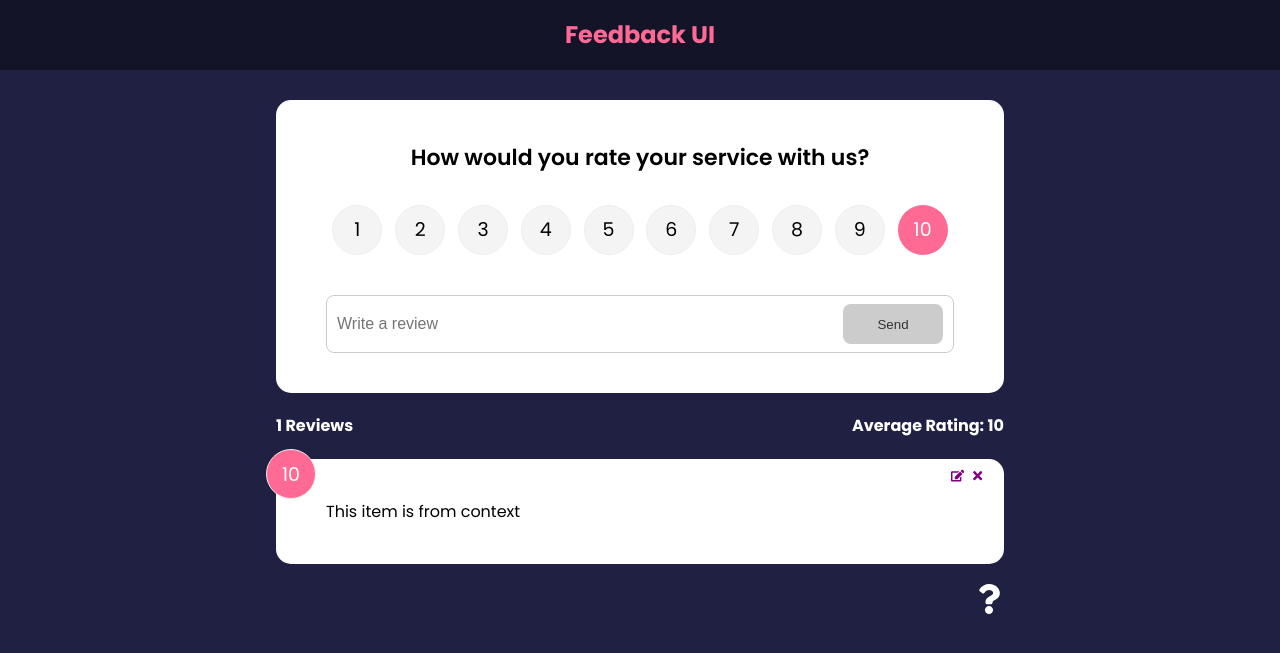
Repository: minhtien9/Feedback_App
Page: /
An editor plug-in stored every save of this project. The page is shown before and after the next save, followed by the edit.
The browser window is 1280 px wide. The pictures show the whole page.
The project was rebuilt for these pictures with package versions that can differ from the ones it lists, and the page was loaded fresh each time. Also part of the build but not shown: src/pages/AboutPage.jsx.

Above is the page before, as saved 2022-02-19 14:18:25.

### src/index.css
@import url('https://fonts.googleapis.com/css2?family=Poppins:wght@400;600;700&display=swap');

* {
    box-sizing: border-box;
    margin: 0;
    padding: 0;
}

body {
    font-family: 'Poppins', sans-serif;
    background-color: #202142;
    color: #fff;
    line-height: 1.6;
}

ul {
    list-style: none;
}

.container {
    max-width: 768px;
    margin: auto;
    padding: 0 20px;
}

header {
    height: 70px;
    width: 100%;
    display: flex;
    justify-content: space-between;
    align-items: center;
    margin-bottom: 30px;
}

.card {
    background-color: #fff;
    color: #333;
    border-radius: 15px;
    padding: 40px 50px;
    margin: 20px 0;
    position: relative;
}

.card.reverse {
    background-color: rgba(0, 0, 0, 0.4);
    color: #fff;
}

.card h2 {
    font-size: 22px;
    font-weight: 600;
    text-align: center;
}

.rating {
    display: flex;
    align-items: center;
    justify-content: space-around;
    margin: 30px 0 40px;
}

.rating li,
.num-display {
    position: relative;
    background: #f4f4f4;
    width: 50px;
    height: 50px;
    padding: 10px;
    text-align: center;
    border-radius: 50%;
    font-size: 19px;
    border: 1px #eee solid;
    transition: 0.3s;
}

.rating li label {
    position: absolute;
    top: 50%;
    left: 50%;
    width: 50px;
    height: 50px;
    padding: 10px;
    border-radius: 50%;
    transform: translate(-50%, -50%);
    cursor: pointer;
}

.rating li:hover,
.num-display {
    background: #ff6a95;
    color: #fff;
}

[type='radio'] {
    opacity: 0;
}

[type='radio']:checked ~ label {
    background: #ff6a95;
    color: #fff;
}

.input-group {
    display: flex;
    flex-direction: row;
    border: 1px solid #ccc;
    padding: 8px 10px;
    border-radius: 8px;
}

input {
    flex-grow: 2;
    border: none;
    font-size: 16px;
}

input:focus {
    outline: none;
}

.feedback-stats {
    color: #fff;
    display: flex;
    justify-content: space-between;
    align-items: center;
}

.num-display {
    position: absolute;
    top: -10px;
    left: -10px;
}

.close,
.edit {
    position: absolute;
    top: 10px;
    right: 20px;
    cursor: pointer;
    background: none;
    border: none;
}

.edit {
    right: 40px;
}

.btn {
    color: #fff;
    border: 0;
    border-radius: 8px;
    color: #fff;
    width: 100px;
    height: 40px;
    cursor: pointer;
}

.btn-primary {
    background-color: #202142;
}

.btn-secondary {
    background: #ff6a95;
}

.btn:hover {
    transform: scale(0.98);
    opacity: 0.9;
}

.btn:disabled {
    background-color: #cccccc;
    color: #333;
    cursor: auto;
}

.btn:disabled:hover {
    transform: scale(1);
    opacity: 1;
}

.message {
    padding-top: 10px;
    text-align: center;
    color: rebeccapurple;
}

/* FIX: Remove position: absolute to keep about icon at the bottom of the
 * document */
.about-link {
    display: flex;
    justify-content: flex-end;
}

/* FIX: Remove position: absolute to keep about icon at the bottom of the
 * document */
.about-link a {
    color: #fff;
    cursor: pointer;
}

.about-link a:hover {
    color: #ff6a95;
}

.about h1 {
    margin-bottom: 20px;
}

.about p {
    margin: 10px 0;
}

@media (max-width: 600px) {
    .rating li {
        margin: 10px 3px;
    }

    .rating {
        display: flex;
        align-items: center;
        justify-content: center;
        flex-wrap: wrap;
        margin: 30px 0 40px;
    }

    .input-group input {
        width: 80%;
    }
}

### src/App.js
import { BrowserRouter as Router, Route, Routes } from 'react-router-dom'
import AboutIcon from './components/AboutIcon'
import FeedbackForm from './components/FeedbackForm'
import FeedbackList from './components/FeedbackList'
import FeedbackStats from './components/FeedbackStats'
import Header from './components/Header'
import { FeedbackProvider } from './context/FeedbackContext'
import AboutPage from './pages/AboutPage'

function App() {
    return (
        <FeedbackProvider>
            <Router>
                <Header />
                <div className='container'>
                    <Routes>
                        <Route
                            exact
                            path='/'
                            element={
                                <>
                                    <FeedbackForm />
                                    <FeedbackStats />
                                    <FeedbackList />
                                </>
                            }
                        ></Route>

                        <Route path='/about' element={<AboutPage />}></Route>
                    </Routes>
                    <AboutIcon />
                </div>
            </Router>
        </FeedbackProvider>
    )
}

export default App

### src/components/AboutIcon.jsx
import { FaQuestion } from 'react-icons/fa'
import { Link } from 'react-router-dom'
AboutIcon.propTypes = {}

function AboutIcon() {
    return (
        <div className='about-link'>
            <Link to='/about'>
                <FaQuestion size={30} />
            </Link>
        </div>
    )
}

export default AboutIcon

### src/components/FeedbackForm.jsx
import { useContext, useEffect, useState } from 'react'
import Button from './UI/Button'
import Card from './UI/Card'
import RatingSelect from './RatingSelect'
import FeedbackContext from '../context/FeedbackContext'

FeedbackForm.propTypes = {}

function FeedbackForm() {
    const { addFeedback, feedbackEdit } = useContext(FeedbackContext)
    const [text, setText] = useState('')
    const [btnDisabled, setBtnDisabled] = useState(true)
    const [message, setMessage] = useState('')
    const [rating, setRating] = useState(10)

    useEffect(() => {
        if (feedbackEdit.edit === true) {
            setBtnDisabled(false)
            setText(feedbackEdit.item.text)
            setRating(feedbackEdit.item.rating)
        }
    }, [feedbackEdit])

    const handleTextChange = (e) => {
        if (text === '') {
            setBtnDisabled(true)
            setMessage(null)
        } else if (text !== '' && text.trim().length <= 10) {
            setMessage('Text must be at least 10 characters')
            setBtnDisabled(true)
        } else {
            setBtnDisabled(false)
            setMessage(null)
        }
        setText(e.target.value)
    }

    const handleSubmit = (e) => {
        e.preventDefault()
        if (text.trim().length > 10) {
            const newFeedback = { text, rating }

            addFeedback(newFeedback)
            setText('')
        }
    }
    return (
        <Card>
            <form onSubmit={handleSubmit}>
                <h2>How would you rate your service with us?</h2>

                <RatingSelect select={(rating) => setRating(rating)} />
                <div className='input-group'>
                    <input
                        onChange={handleTextChange}
                        type='text'
                        placeholder='Write a review'
                        value={text}
                    />
                    <Button type='submit' isDisabled={btnDisabled}>
                        Send
                    </Button>
                </div>
                {message && <div className='message'>{message}</div>}
            </form>
        </Card>
    )
}

export default FeedbackForm

### src/components/FeedbackList.jsx
import { AnimatePresence, motion } from 'framer-motion'
import PropTypes from 'prop-types'
import { useContext } from 'react'
import FeedbackContext from '../context/FeedbackContext'
import FeedbackItem from './FeedbackItem'

function FeedbackList({ handeDelete }) {
    const { feedback } = useContext(FeedbackContext)
    if (!feedback || feedback.length === 0) return <p>No Feedback Yet</p>
    return (
        <div className='feedback-list'>
            <AnimatePresence>
                {feedback.map((item) => (
                    <motion.div
                        key={item.id}
                        initial={{ opacity: 0 }}
                        animate={{ opacity: 1 }}
                        exit={{ opacity: 0 }}
                    >
                        <FeedbackItem
                            key={item.id}
                            item={item}
                            handeDelete={handeDelete}
                        />
                    </motion.div>
                ))}
            </AnimatePresence>
        </div>
    )
}

export default FeedbackList

### src/components/FeedbackStats.jsx
import React, { useContext } from 'react'
import FeedbackContext from '../context/FeedbackContext'

function FeedbackStats() {
    const { feedback } = useContext(FeedbackContext)
    let average =
        feedback.reduce((acc, cur) => {
            return acc + cur.rating
        }, 0) / feedback.length

    average = average.toFixed(1).replace(/[.,]0$/, '')
    return (
        <div className='feedback-stats'>
            <h4>{feedback.length} Reviews</h4>
            <h4>Average Rating: {isNaN(average) ? 0 : average}</h4>
        </div>
    )
}

export default FeedbackStats

### src/components/Header.jsx
import React from 'react'
import PropTypes from 'prop-types'

Header.propTypes = {
    text: PropTypes.string,
    bgColor: PropTypes.string,
    textColor: PropTypes.string,
}

Header.defaultProps = {
    text: 'Feedback UI',
    bgColor: 'rgba(0,0,0,0.4)',
    textColor: '#ff6a95',
}

function Header({ text, bgColor, textColor }) {
    const headerStyles = { background: bgColor, color: textColor }
    return (
        <header style={headerStyles}>
            <div className='container'>
                <h2>{text}</h2>
            </div>
        </header>
    )
}

export default Header

### src/context/FeedbackContext.js
import { v4 as uuidv4 } from 'uuid'
import { createContext, useState } from 'react'

const FeedbackContext = createContext()

export const FeedbackProvider = ({ children }) => {
    const [feedback, setFeedback] = useState([
        {
            id: 1,
            text: 'This item is from context',
            rating: 10,
        },
    ])

    const [feedbackEdit, setFeedbackEdit] = useState({
        item: {},
        edit: false,
    })

    const deleteFeedback = (id) => {
        if (window.confirm('Are you sure you want to delete?')) {
            setFeedback(feedback.filter((item) => item.id !== id))
        }
    }

    const addFeedback = (newFeedback) => {
        newFeedback.id = uuidv4()
        setFeedback([newFeedback, ...feedback])
    }

    const editFeedback = (item) => {
        setFeedback({ item, edit: true })
    }

    return (
        <FeedbackContext.Provider
            value={{
                feedback,
                deleteFeedback,
                addFeedback,
                editFeedback,
                feedbackEdit,
            }}
        >
            {children}
        </FeedbackContext.Provider>
    )
}

export default FeedbackContext

### src/components/UI/Button.jsx
import React from 'react'
import PropTypes from 'prop-types'

Button.propTypes = {
    children: PropTypes.node.isRequired,
    version: PropTypes.string,
    type: PropTypes.string,
    isDisabled: PropTypes.bool,
}

Button.defaultProps = {
    version: 'primary',
    type: 'button',
    isDisabled: false,
}

function Button({ children, version, type, isDisabled }) {
    return (
        <button
            type={type}
            disabled={isDisabled}
            className={`btn btn-${version}`}
        >
            {children}
        </button>
    )
}

export default Button

### src/components/UI/Card.jsx
import React from 'react'
import PropTypes from 'prop-types'

Card.propTypes = {
    children: PropTypes.node.isRequired,
    reverse: PropTypes.bool,
}

Card.defaultProps = {
    reverse: false,
}

function Card({ children, reverse }) {
    return (
        <div
            className='card'
            style={{
                backgroundColor: reverse ? 'rgba(0,0,0,0.4)' : '#fff',
                color: reverse ? '#fff' : '#000',
            }}
        >
            {children}
        </div>
    )
}

export default Card

### src/components/RatingSelect.jsx
import { useContext, useEffect, useState } from 'react'
import FeedbackContext from '../context/FeedbackContext'

function RatingSelect({ select }) {
    const { feedbackEdit } = useContext(FeedbackContext)
    const [selected, setSelected] = useState(10)

    useEffect(() => {
        feedbackEdit.rating
    }, [feedbackEdit])

    const handleChange = (e) => {
        setSelected(+e.target.value)
        select(+e.target.value)
    }
    return (
        <ul className='rating'>
            <li>
                <input
                    type='radio'
                    id='num1'
                    name='rating'
                    value='1'
                    onChange={handleChange}
                    checked={selected === 1}
                />
                <label htmlFor='num1'>1</label>
            </li>
            <li>
                <input
                    type='radio'
                    id='num2'
                    name='rating'
                    value='2'
                    onChange={handleChange}
                    checked={selected === 2}
                />
                <label htmlFor='num2'>2</label>
            </li>
            <li>
                <input
                    type='radio'
                    id='num3'
                    name='rating'
                    value='3'
                    onChange={handleChange}
                    checked={selected === 3}
                />
                <label htmlFor='num3'>3</label>
            </li>
            <li>
                <input
                    type='radio'
                    id='num4'
                    name='rating'
                    value='4'
                    onChange={handleChange}
                    checked={selected === 4}
                />
                <label htmlFor='num4'>4</label>
            </li>
            <li>
                <input
                    type='radio'
                    id='num5'
                    name='rating'
                    value='5'
                    onChange={handleChange}
                    checked={selected === 5}
                />
                <label htmlFor='num5'>5</label>
            </li>
            <li>
                <input
                    type='radio'
                    id='num6'
                    name='rating'
                    value='6'
                    onChange={handleChange}
                    checked={selected === 6}
                />
                <label htmlFor='num6'>6</label>
            </li>
            <li>
                <input
                    type='radio'
                    id='num7'
                    name='rating'
                    value='7'
                    onChange={handleChange}
                    checked={selected === 7}
                />
                <label htmlFor='num7'>7</label>
            </li>
            <li>
                <input
                    type='radio'
                    id='num8'
                    name='rating'
                    value='8'
                    onChange={handleChange}
                    checked={selected === 8}
                />
                <label htmlFor='num8'>8</label>
            </li>
            <li>
                <input
                    type='radio'
                    id='num9'
                    name='rating'
                    value='9'
                    onChange={handleChange}
                    checked={selected === 9}
                />
                <label htmlFor='num9'>9</label>
            </li>
            <li>
                <input
                    type='radio'
                    id='num10'
                    name='rating'
                    value='10'
                    onChange={handleChange}
                    checked={selected === 10}
                />
                <label htmlFor='num10'>10</label>
            </li>
        </ul>
    )
}

export default RatingSelect

### src/components/FeedbackItem.jsx
import { FaTimes, FaEdit } from 'react-icons/fa'
import PropTypes from 'prop-types'
import Card from './UI/Card'
import { useContext } from 'react'
import FeedbackContext from '../context/FeedbackContext'

FeedbackItem.propTypes = {
    item: PropTypes.object.isRequired,
}

function FeedbackItem({ item, handleDelete }) {
    const { deleteFeedback, editFeedback } = useContext(FeedbackContext)
    return (
        <Card>
            <div className='num-display'>{item.rating}</div>
            <button onClick={() => deleteFeedback(item.id)} className='close'>
                <FaTimes color='purple' />
            </button>
            <button onClick={() => editFeedback()} className='edit'>
                <FaEdit color='purple' />
            </button>
            <div className='text-display'>{item.text}</div>
        </Card>
    )
}

export default FeedbackItem

Loaded but not shown: public/index.html (common file); src/index.js (common file)

After the next save:
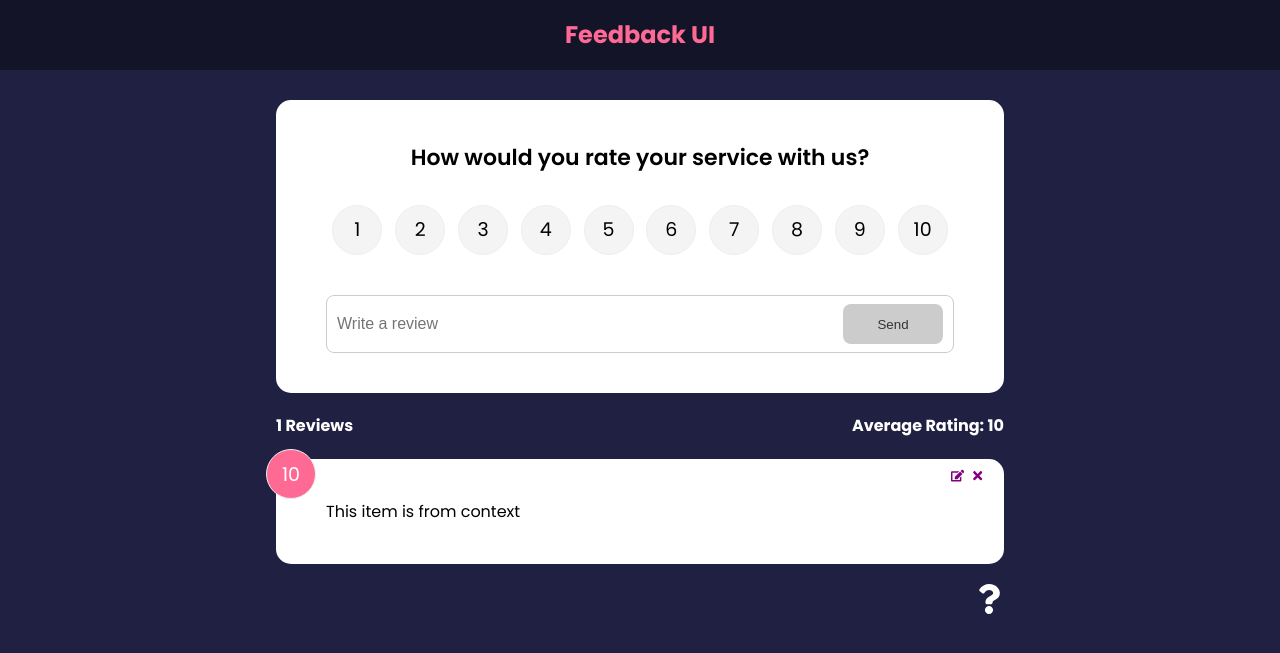
Saved 27 s later.
--- a/src/components/RatingSelect.jsx
+++ b/src/components/RatingSelect.jsx
@@ -6,7 +6,7 @@ function RatingSelect({ select }) {
     const [selected, setSelected] = useState(10)
 
     useEffect(() => {
-        feedbackEdit.rating
+        setSelected(feedbackEdit.item.rating)
     }, [feedbackEdit])
 
     const handleChange = (e) => {
